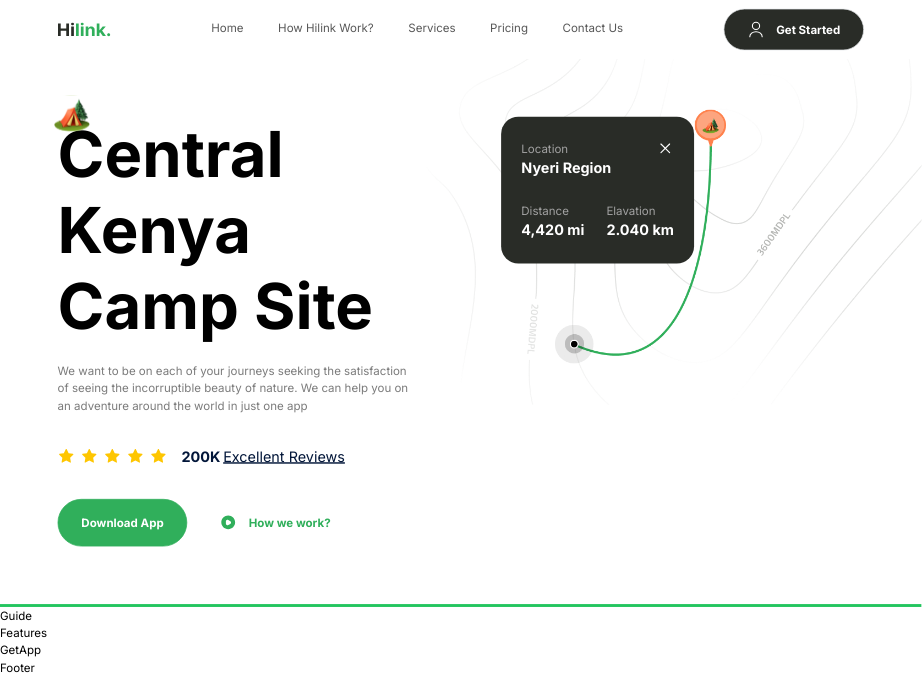
Repository: martin-raphael/travel_agency
Page: /
The author's editor kept a copy of each file at every save. The page is drawn from the files as they stood at one save, then again after the next save.
The browser window is 1280 px wide. The pictures show the whole page, at 72% of full size.
The project was rebuilt for these pictures with package versions that can differ from the ones it lists, and the page was loaded fresh each time. The framework's server and built-in components were replaced by stand-ins that run in the browser. Also part of the build but not shown: next.config.mjs.

Above is the page before, as saved 2024-08-08 19:08:52.

After the next save:
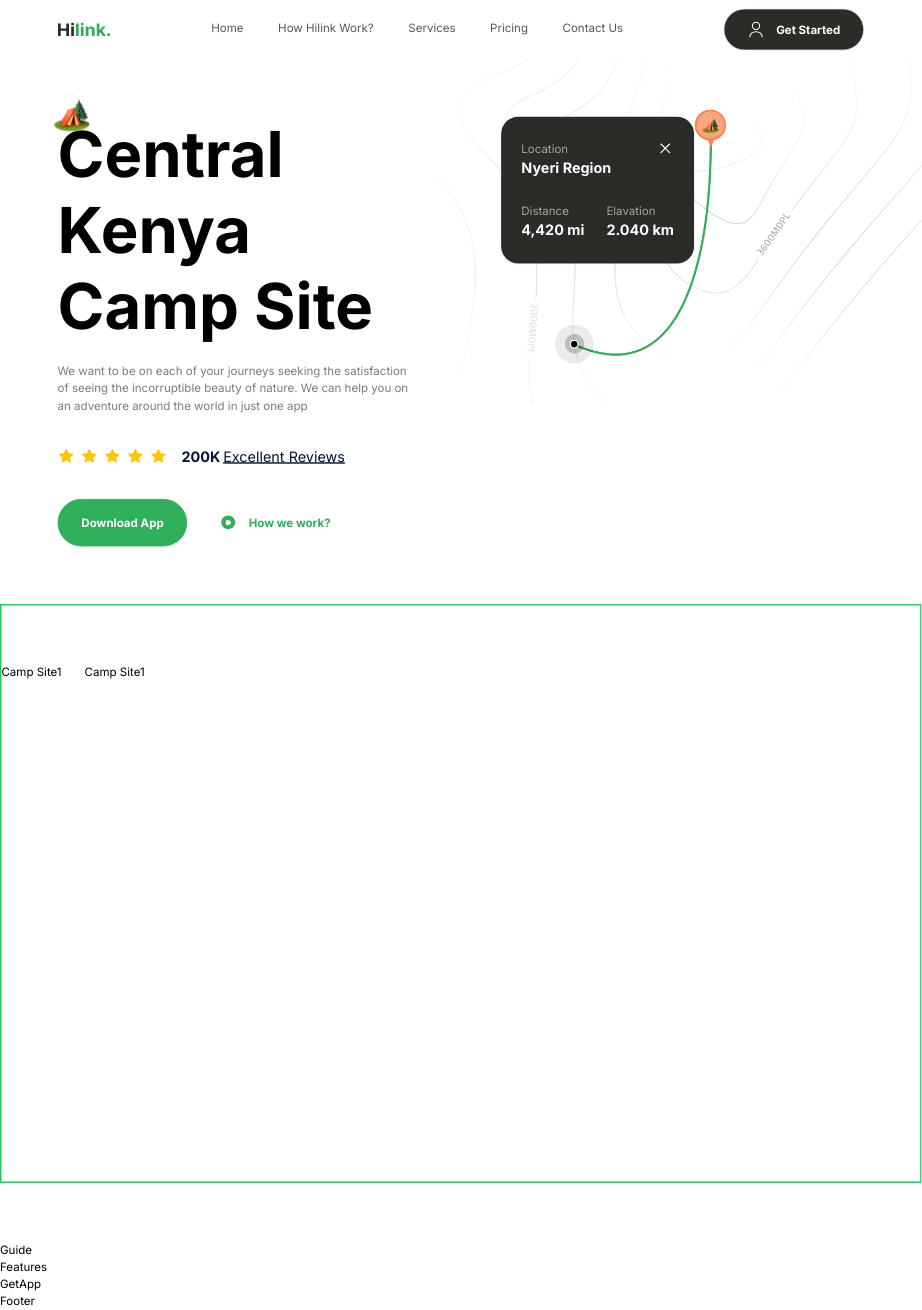
Saved 11 min 12 s later.
--- a/components/Camp.tsx
+++ b/components/Camp.tsx
@@ -1,8 +1,23 @@
 import React from 'react'
+
+const CampSite = () =>{
+  return <div>Camp Site1</div>
+}
 
 const Camp = () => {
   return (
-    <section className='border-2 border-green-500'>
+    <section className='border-2 border-green-500 2xl:max-container
+    relative flex flex-col py-10 lg:mb-10 lg:py-20 xl:mb-20'>
+      <div className='hide-scrollbar flex h-[340px] w-full items-start
+      justify-start gap-8 overflow-x-auto lg:h-[400px] xl:h-[640px]'>
+        <CampSite
+        backgroundImage ="bg-bg-img-1"
+        title="Luxury Camp site"
+        subtitle="Nyeri, Kenya"
+        peopleJoined="300+ joined"
+               />
+        <CampSite/>
+      </div>
 
     </section>
   )
